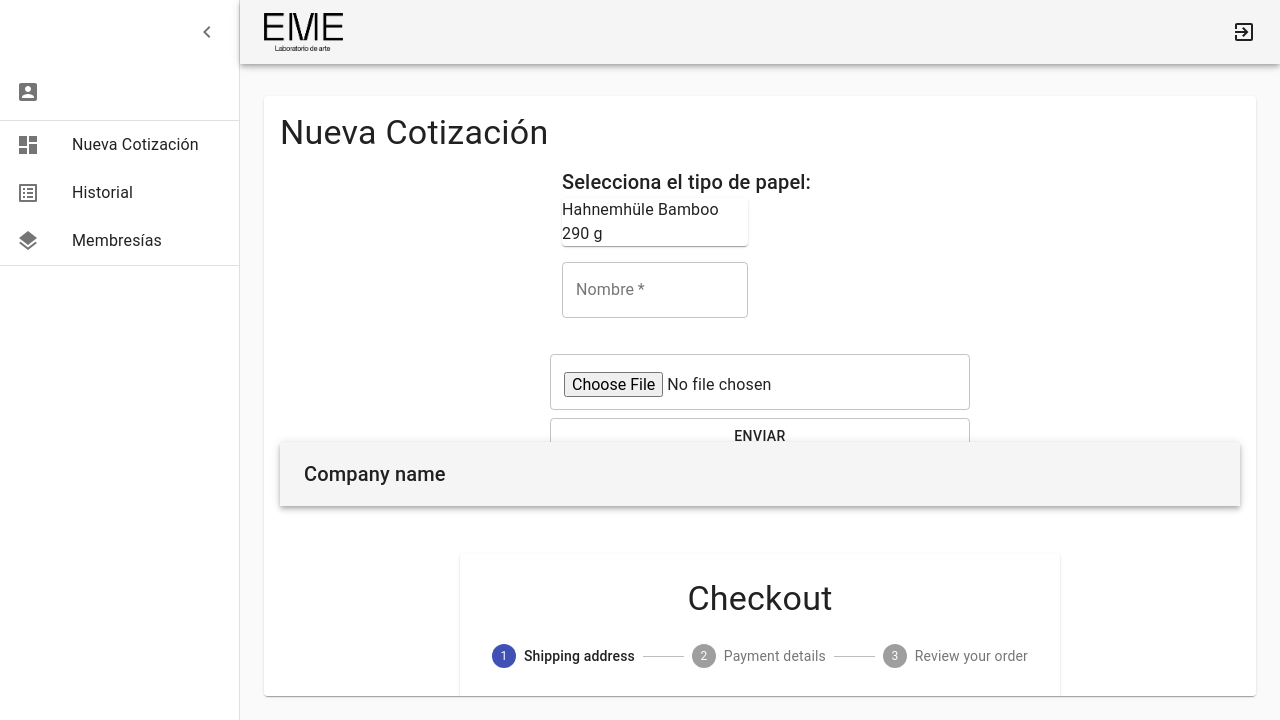
Repository: BrendaCarranco/eme-lab
Page: /Trabajo
These files come from the project's save history. The page is drawn as it stood at one moment and after the next save; the edit follows.
The browser window is 1280 px wide. The pictures show the whole page.
An inner scrolling area shows only its first screen. Some web libraries are served in a nearby version. The project was rebuilt for these pictures with package versions that can differ from the ones it lists, and the page was loaded fresh each time. Also part of the build but not shown: src/components/buildingPage/Building.js, src/temaConfig.js, src/components/buildingPage/Landing.js, src/components/login/Reset.js, src/components/Dashboard/Historial.js, src/components/Dashboard/Membresias.js, src/components/Dashboard/SizeForm.js, src/components/Dashboard/Review.js and 6 more.

Above is the page before, as saved 2020-08-30 19:27:45.

After the next save:
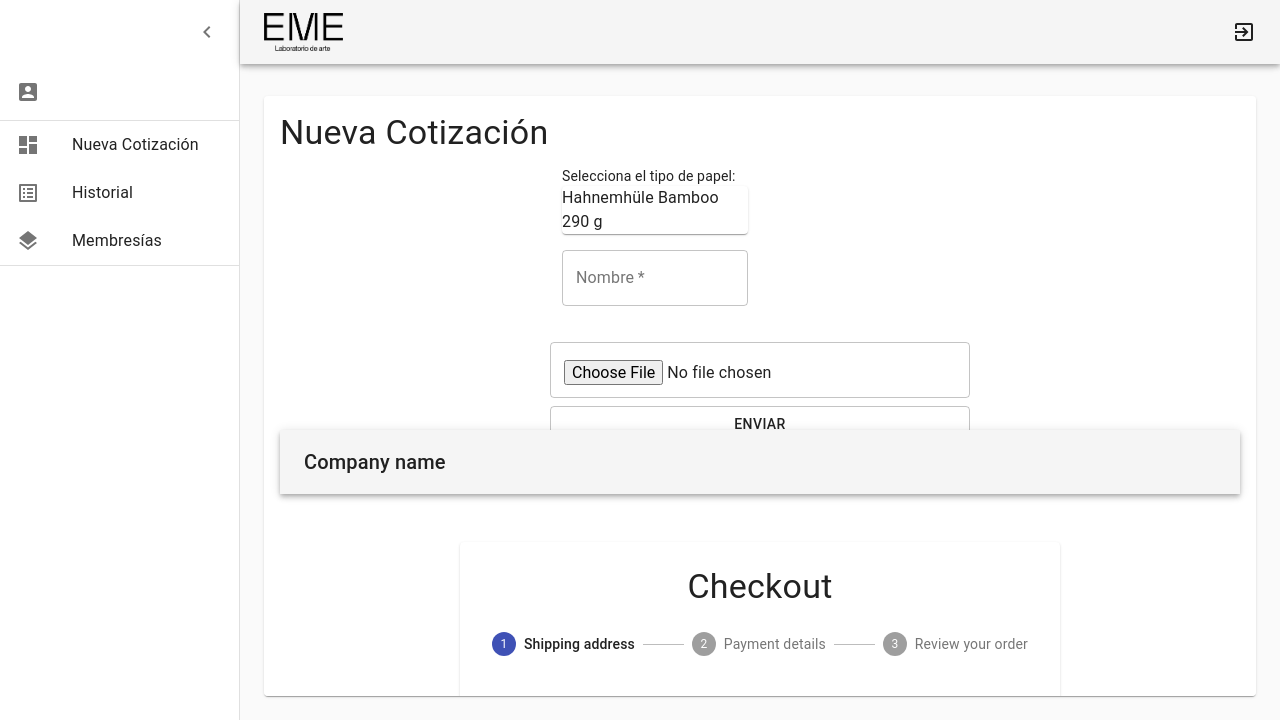
Saved 7 s later.
--- a/src/components/Dashboard/Cotizacion.js
+++ b/src/components/Dashboard/Cotizacion.js
@@ -94,7 +94,7 @@
     <React.Fragment>
       <Title>Nueva Cotización</Title>
       <Container maxWidth="xs">
-        <Typography variant="h6" color="initial">
+        <Typography variant="h7" color="initial">
           Selecciona el tipo de papel:
        </Typography>
         <form onSubmit={handleSubmit}>

After the save that followed:
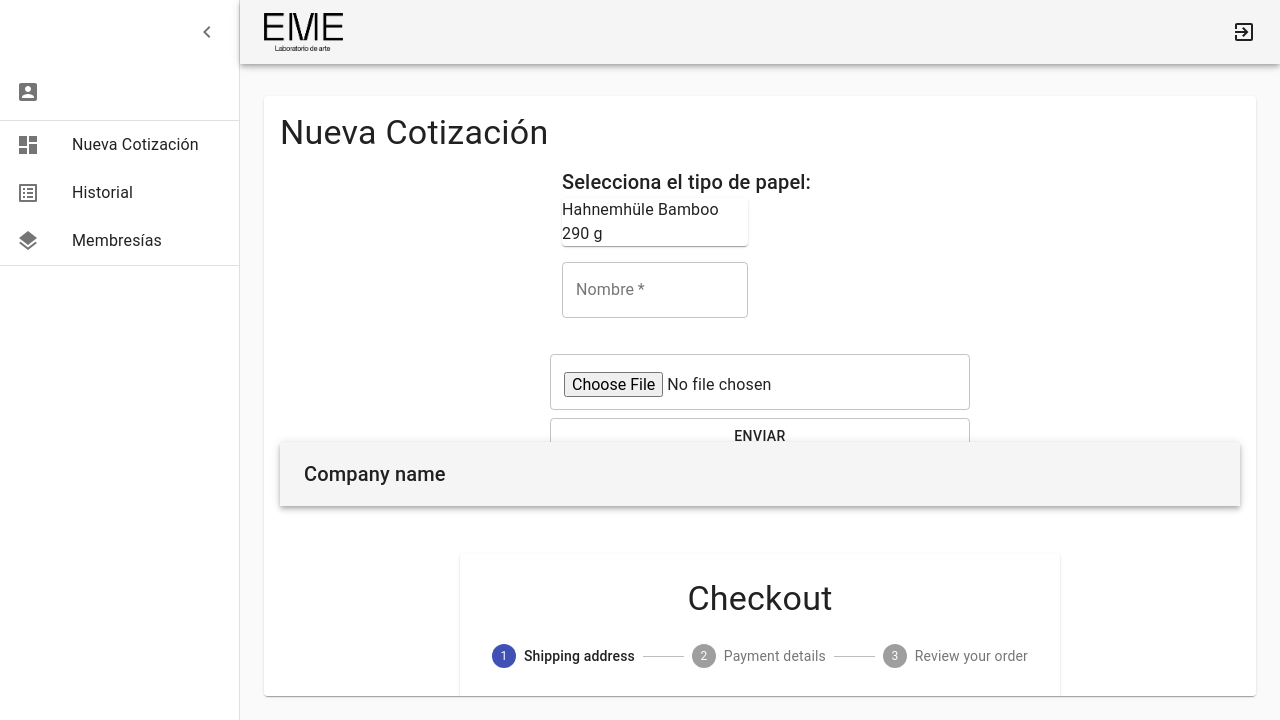
Saved 4 s later.
--- a/src/components/Dashboard/Cotizacion.js
+++ b/src/components/Dashboard/Cotizacion.js
@@ -94,7 +94,7 @@
     <React.Fragment>
       <Title>Nueva Cotización</Title>
       <Container maxWidth="xs">
-        <Typography variant="h7" color="initial">
+        <Typography variant="h6" color="initial">
           Selecciona el tipo de papel:
        </Typography>
         <form onSubmit={handleSubmit}>
